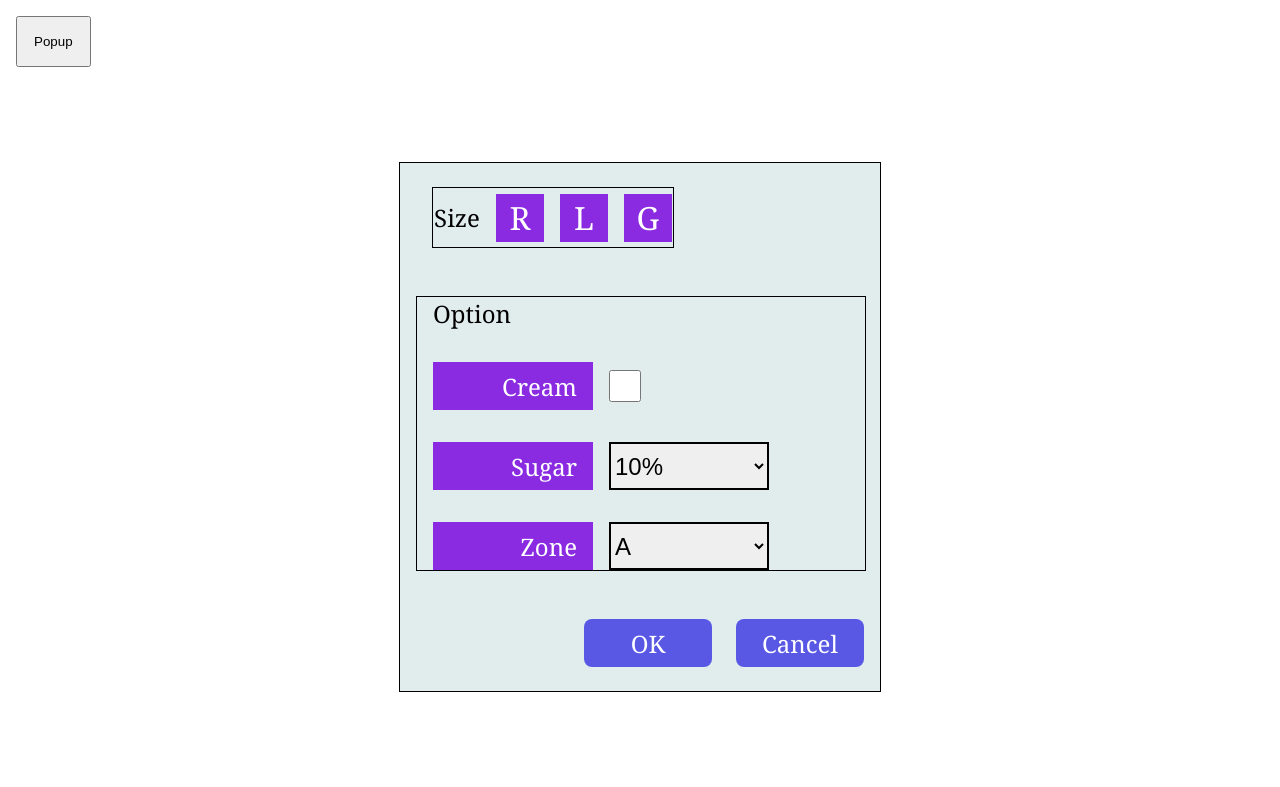
Repository: Dapravith/Midterm-SE-GIC-Cafe-Project-Group16
Page: src/main/resources/templates/PopupDrink.html
An editor plug-in stored every save of this project. The page is shown before and after the next save, followed by the edit.
The browser window is 1280 px wide. The pictures show the whole page.

Above is the page before, as saved 2023-05-12 14:44:06.

After the next save:
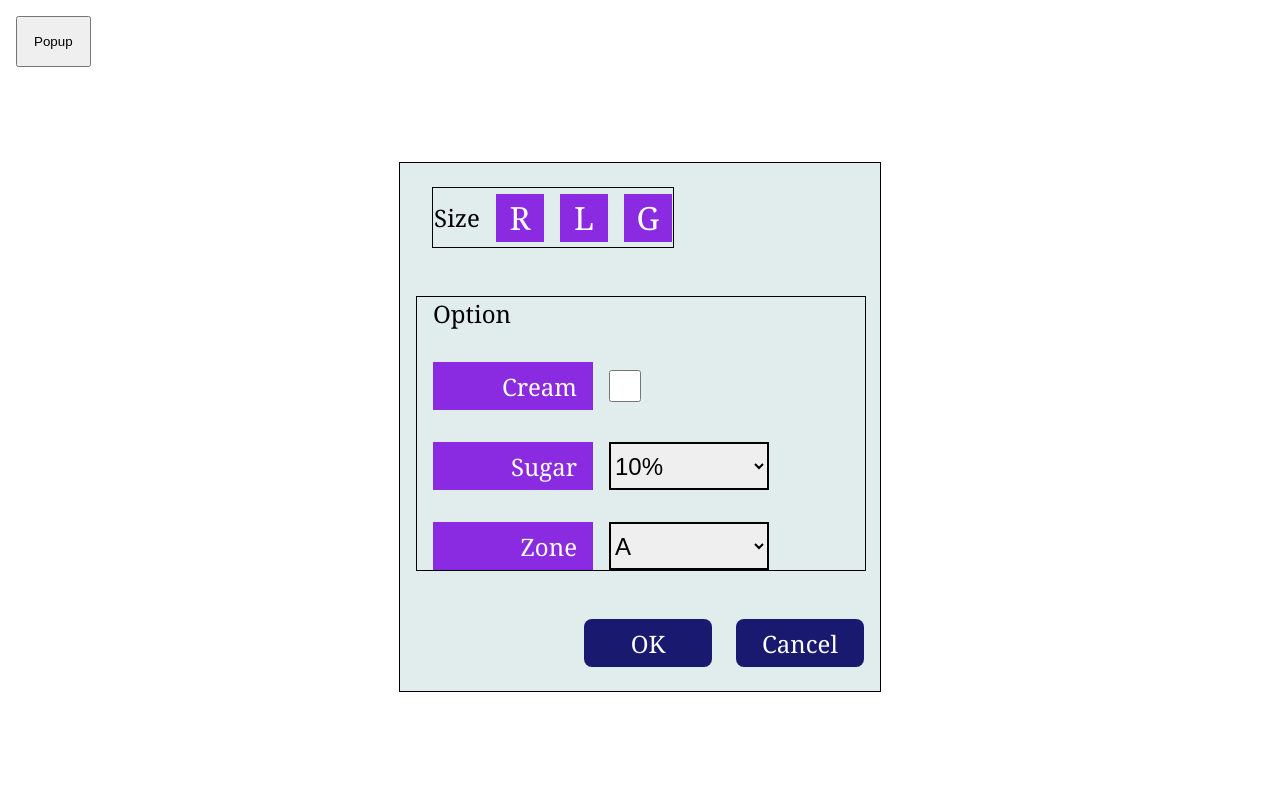
Saved 85 s later.
--- a/src/main/resources/templates/PopupDrink.html
+++ b/src/main/resources/templates/PopupDrink.html
@@ -148,7 +148,7 @@
         height: 3rem;
         font-size: 1.5rem;
         color: white;
-        background-color: rgb(88, 88, 229);
+        background-color: rgb(25, 25, 112);
         display: flex;
         justify-content: center;
         align-items: center;
@@ -164,7 +164,7 @@
         height: 3rem;
         font-size: 1.5rem;
         color: white;
-        background-color: rgb(88, 88, 229);
+        background-color: rgb(25, 25, 112);
         display: flex;
         justify-content: center;
         align-items: center;
